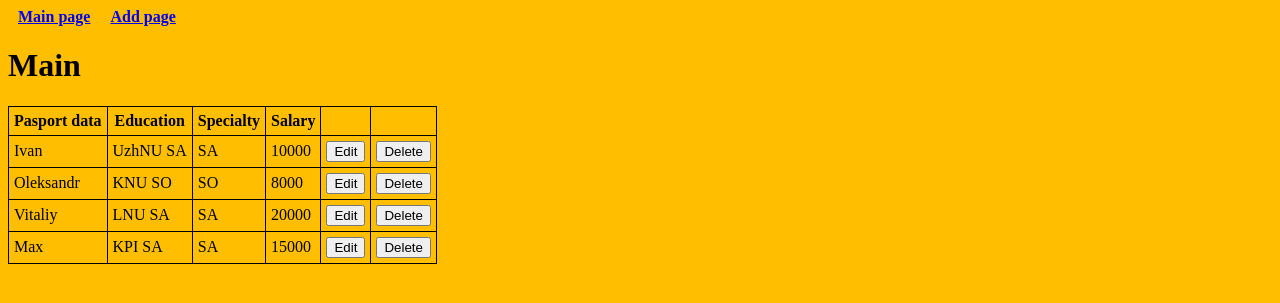
Repository: Alan-Melnychenko/vue
Page: / (app in Project/)
These files come from the project's save history. The page is drawn as it stood at one moment and after the next save; the edit follows.
The browser window is 1280 px wide. The pictures show the whole page.
The project was rebuilt for these pictures with package versions that can differ from the ones it lists, and the page was loaded fresh each time. Also part of the build but not shown: Project/vue.config.js, Project/src/pages/Add/index.vue, Project/src/pages/Edit/index.vue.

Above is the page before, as saved 2022-11-08 23:21:58.

### Project/src/App.vue
<template>
  <div>
    <header>
      <router-link class="link" to="/"><b>Main page</b></router-link>
      <router-link class="link" to="/add"><b>Add page</b></router-link>
    </header>
    <main>
      <router-view></router-view>
    </main>
  </div>
</template>
<script>
export default {
  name: "App",
  components: {},
};
</script>

<style>
body {
  background-color: rgb(255, 191, 0);
}
.link {
  margin: 10px;
}
table {
  border-collapse: collapse;
  border: 1px solid black;
  padding: 2px;
}
th {
  border: 1px solid black;
  padding: 5px;
}
td {
  border: 1px solid black;
  padding: 5px;
}
</style>

### Project/src/router.js
import { createRouter, createWebHashHistory } from "vue-router";

import MainPage from "./pages/Main/index.vue";
import AddPage from "./pages/Add/index.vue";
import EditPage from "./pages/Edit/index.vue";

const routes = [
  {
    path: "/",
    name: "main",
    component: MainPage,
  },
  {
    path: "/add",
    name: "add",
    component: AddPage,
  },
  {
    path: "/edit/:id?",
    name: "edit",
    component: EditPage,
  },
];

const router = createRouter({
  history: createWebHashHistory(),
  routes,
});

export default router;

### Project/src/store/index.js
import { createStore } from "vuex";

const store = createStore({
  state() {
    return {
      listData: [
        {
          id: 0,
          pasport: "Ivan",
          education: "UzhNU SA",
          specialty: "SA",
          salary: 10000,
        },
        {
          id: 1,
          pasport: "Oleksandr",
          education: "KNU SO",
          specialty: "SO",
          salary: 8000,
        },
        {
          id: 2,
          pasport: "Vitaliy",
          education: "LNU SA",
          specialty: "SA",
          salary: 20000,
        },
        {
          id: 3,
          pasport: "Max",
          education: "KPI SA",
          specialty: "SA",
          salary: 15000,
        },
      ],
    };
  },
  getters: {
    getAllListData: (state) => state.listData,
    getEmployeeById: (state) => (id) => {
      return state.listData[id];
    },
  },

  mutations: {
    addNewEmployee(state, arr) {
      state.listData.push(arr);
    },
    editEmployee(state, arr) {
      state.listData[arr[0]] = arr[1];
    },
    deleteEmployee(state, id) {
      state.listData = state.listData.filter((item) => item.id !== id);
    },
  },
  actions: {
    addNewEmployeeAction({ commit }, arr) {
      commit("addNewEmployee", arr);
    },
    editEmployeeAction({ commit }, arr) {
      commit("editEmployee", arr);
    },
    deleteEmployeeAction({ commit }, id) {
      commit("deleteEmployee", id);
    },
  },
});

export default store;

### Project/src/pages/Main/index.vue
<template>
  <div>
    <h1>Main</h1>
    <table>
      <tr>
        <th>Pasport data</th>
        <th>Education</th>
        <th>Specialty</th>
        <th>Salary</th>
        <th></th>
        <th></th>
      </tr>
      <employee-card
        v-for="item in getAllListData"
        :key="item.id"
        :pasport="item.pasport"
        :education="item.education"
        :specialty="item.specialty"
        :salary="item.salary"
      />
    </table>
  </div>
</template>

<script>
import employeeCard from "@/components/employee.vue";
import { mapGetters } from "vuex";
export default {
  name: "MainPage",
  components: {
    employeeCard,
  },
  computed: {
    ...mapGetters(["getAllListData"]),
  },
  methods: {
    goToAdd() {
      this.$router.push({ path: "/add" });
    },
    goToEdit() {
      this.$router.push({ path: "/edit" });
    },
  },
};
</script>

<style lang="css" scoped></style>

### Project/src/components/employee.vue
<template>
  <tr>
    <td>{{ pasport }}</td>
    <td>{{ education }}</td>
    <td>{{ specialty }}</td>
    <td>{{ salary }}</td>
    <td><button @click="onEdit(id)">Edit</button></td>
    <td><button @click="onDelete(id)">Delete</button></td>
  </tr>
</template>

<script>
import { mapActions } from "vuex";
export default {
  name: "employeeCard",

  props: {
    id: {
      type: Number,
      default: 0,
    },
    pasport: {
      type: String,
      default: "No pasport data",
    },
    education: {
      type: String,
      default: "No education",
    },
    specialty: {
      type: String,
      default: "No specialty",
    },
    salary: {
      type: Number,
      default: 0,
    },
  },
  methods: {
    ...mapActions(["deleteEmployeeAction"]),
    onEdit(id) {
      this.$router.push({
        name: "edit",
        params: { id: id },
      });
    },
    onDelete(id) {
      this.deleteEmployeeAction(id);
    },
  },
};
</script>

<style lang="css" scoped></style>

Loaded but not shown: Project/public/index.html (common file); Project/src/main.js (common file)

After the next save:
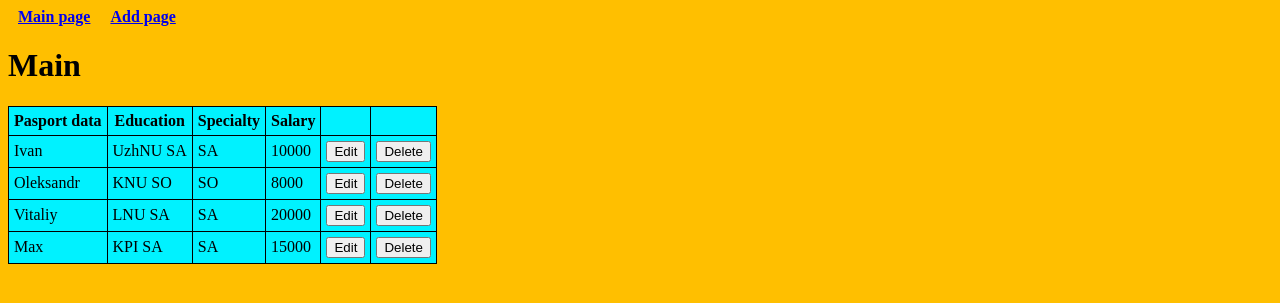
Saved 64 s later.
--- a/Project/src/App.vue
+++ b/Project/src/App.vue
@@ -17,6 +17,9 @@ export default {
 </script>
 
 <style>
+table {
+  background-color: rgb(0, 242, 255);
+}
 body {
   background-color: rgb(255, 191, 0);
 }
